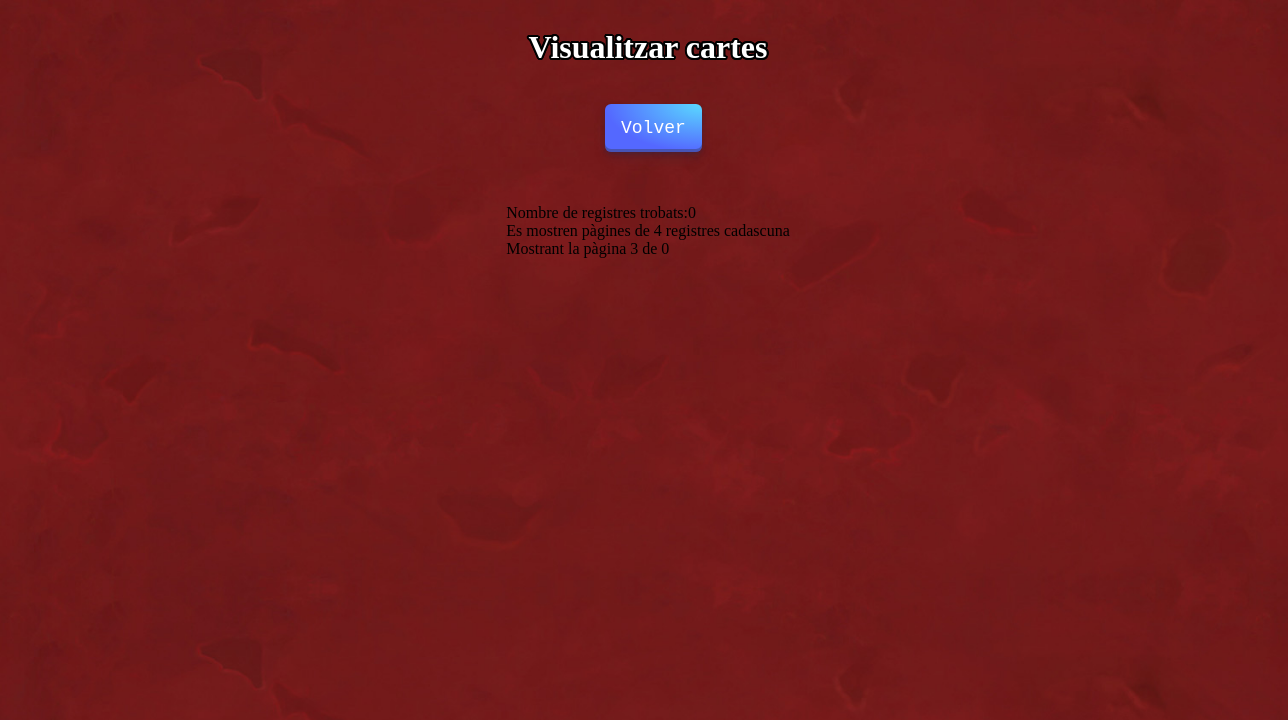
Repository: azumay/Juego-Cartas-RPG
Page: http://localhost/Prueba/verCartas.jsp
These files come from the project's save history. The page is drawn as it stood at one moment and after the next save; the edit follows.
The browser window is 1280 px wide. The page is 1288 px wide, so the pictures cover 1288 px, including what lies to the right of the window. The pictures show the whole page.
The page is served by Tomcat 9. Queries for data that is not in the repository find no rows.

Above is the page before, as saved 2022-02-20 18:00:04.

### Prueba/src/main/webapp/verCartas.jsp
<%@ page import="java.util.Arrays,java.util.List"%>
<%@ page import="java.sql.*" %>
<%@ page language="java" contentType="text/html; charset=UTF-8" pageEncoding="UTF-8"%>
<!DOCTYPE html>
<html>
<head>
<link rel="icon" type="image/x-icon" href="img/orco.ico">
<meta charset="US-ASCII">
<link rel="stylesheet" href="Estilos/estilosCartaRandom.css">
<title>Rpg Card Generator</title>

</head>
<h1 class="titol">Visualitzar cartes</h1>
 <ul class="breadcrumb">
 <a href='index.jsp'>
  <button class="button-29" role="button">Volver</button>
  </a>

</ul>
<br><br>
<%//  variables per fer la connexio:
	 String user="m8";
	String password="yamuza";
	String host="localhost";
	String db = "cartas_m8";
	String url = "jdbc:mysql://"+host+"/"+db;
	Connection conn = null;
	Statement statement = null;
	Statement num_registres=null;
	ResultSet rs = null;
	ResultSet num_reg=null;
	int inicio;

	//Limito la busqueda
	int TAMANO_PAGINA = 4;

	//examino la página a mostrar y el inicio del registro a mostrar
	String pag = request.getParameter("pagina");
	int pagina=3;
	if (pagina==0) {
	   	inicio = 0;
	    pagina=1;
	}
	else {
	    inicio = (pagina - 1) * TAMANO_PAGINA;
	}

	/**
	//miro a ver el número total de campos que hay en la tabla con esa búsqueda
**/
Class.forName("com.mysql.jdbc.Driver").newInstance ();
conn = DriverManager.getConnection(url, user, password);
num_registres = conn.createStatement();
//inmediatamente hacemos una consulta sencilla
//creamos la consulta
num_reg = num_registres.executeQuery("SELECT * FROM Cartas;");
int num_total_registros=0;
while(num_reg.next()) {
	num_total_registros++;
}

//calculo el total de páginas
int total_paginas = (int)Math.ceil(((double)num_total_registros/ TAMANO_PAGINA));

//pongo el número de registros total, el tamaño de página y la página que se muestra

out.print("Nombre de registres trobats:"+num_total_registros+"<br>");
out.print("Es mostren pàgines de "+TAMANO_PAGINA+" registres cadascuna<br>");
out.print("Mostrant la pàgina "+pagina+" de "+total_paginas+"<p><br>");




//out.print("<a href=VisualitzarCartes.jsp?pagina=2>"+2+"</a> ");
if (total_paginas > 1){
    for (int i=1;i<=total_paginas;i++){
       if (pagina == i)
          //si muestro el índice de la página actual, no coloco enlace
          out.print(pagina);
       else
          //si el índice no corresponde con la página mostrada actualmente, coloco el enlace para ir a esa página
          out.print(" <a href=VisualitzarCartes.jsp?pagina="+i+">"+i+"</a> ");
    }
}
out.print("<br><br>");
try{

	Class.forName("com.mysql.jdbc.Driver").newInstance ();
	conn = DriverManager.getConnection(url, user, password);
	statement = conn.createStatement();
	//inmediatamente hacemos una consulta sencilla
	//creamos la consulta
	String sentence="SELECT * from Carta limit "+inicio+","+TAMANO_PAGINA;
	rs = statement.executeQuery(sentence);
	//leemos la consulta
	while(rs.next()) {
	//mostramos los resultados obtenidos
	//out.println(rs.getString("ID_carta"));
	//String nom=request.getParameter("nom");
	out.print(rs.getString("NOM_carta"));%>

	<br>
	race:<%out.print(rs.getString("RACE_carta")); %><br>
	FUE:<%out.print(rs.getString("FUE_carta")); %><br>
	DES:<%out.print(rs.getString("DES_carta")); %><br>
	CON:<%out.print(rs.getString("CON_carta")); %><br>
	INT:<%out.print(rs.getString("INT_carta")); %><br>
	SAB:<%out.print(rs.getString("SAB_carta")); %><br>
	CAR:<%out.print(rs.getString("CAR_carta")); %><br>
	PV:<%out.print(rs.getString("PV_carta")); %><br>
	<table width="<%out.print(rs.getString("PV_carta")); %>" bgcolor="red"><tr><td></td></tr></table>
	PM:<%out.print(rs.getString("PM_carta")); %><br>
	<table width="<%out.print(rs.getString("PM_carta")); %>" bgcolor="blue"><tr><td></td></tr></table>
	<br>
	<img src="img/<%out.print(rs.getString("PIC_carta")); %>.png" height="100" width="80">
	<br>
<%
	}
	//cerramos la conexión
	rs.close();
	}catch(SQLException error) {
	out.print("Error de Conexión : "+error.toString());
	}



	%>

### Prueba/src/main/webapp/Estilos/estilosCartaRandom.css
@charset "UTF-8";

/* ESTILOS VERCARTAS.JSP */
.titol{
	color: rgb(255, 255, 255);
	text-shadow: rgb(0, 0, 0) 2px 0px 0px, rgb(0, 0, 0) 1.75517px 0.95885px
		0px, rgb(0, 0, 0) 1.0806px 1.68294px 0px, rgb(0, 0, 0) 0.14147px
		1.99499px 0px, rgb(0, 0, 0) -0.83229px 1.81859px 0px, rgb(0, 0, 0)
		-1.60229px 1.19694px 0px, rgb(0, 0, 0) -1.97998px 0.28224px 0px,
		rgb(0, 0, 0) -1.87291px -0.70157px 0px, rgb(0, 0, 0) -1.30729px
		-1.5136px 0px, rgb(0, 0, 0) -0.42159px -1.95506px 0px, rgb(0, 0, 0)
		0.56732px -1.91785px 0px, rgb(0, 0, 0) 1.41734px -1.41108px 0px,
		rgb(0, 0, 0) 1.92034px -0.55883px 0px;
}

/* ESTILOS GENERALES */
body {
	background-image: url("../img/fondo-creacion-cartas.jpg");
	background-size: cover;
	display: flex;
	-moz-box-pack: start;
	justify-content: flex-start;
	flex-direction: column;
	-moz-box-align: center;
	align-items: center;
	position: relative;
	padding-bottom: 125px;
	width: 100%;
	overflow: hidden;
}
/* ESTILOS CASRTARANDOM.JSP */
.demo {
	border: 1px solid #C0C0C0;
	border-collapse: collapse;
	padding: 5px;
	background-color: white;
}

.demo th {
	border: 1px solid #C0C0C0;
	padding: 25px;
	background: #F0F0F0;
}

.demo td {
	border: 1px solid #C0C0C0;
	padding: 5px;
	padding: 25px;
}

a {
	margin-right: 30px;
}
.botones-control{
	margin: 0px 40px 10px 0px;
}
.copy{
	color: rgb(255, 255, 255);
	text-shadow: rgb(0, 0, 0) 2px 0px 0px, rgb(0, 0, 0) 1.75517px 0.95885px
		0px, rgb(0, 0, 0) 1.0806px 1.68294px 0px, rgb(0, 0, 0) 0.14147px
		1.99499px 0px, rgb(0, 0, 0) -0.83229px 1.81859px 0px, rgb(0, 0, 0)
		-1.60229px 1.19694px 0px, rgb(0, 0, 0) -1.97998px 0.28224px 0px,
		rgb(0, 0, 0) -1.87291px -0.70157px 0px, rgb(0, 0, 0) -1.30729px
		-1.5136px 0px, rgb(0, 0, 0) -0.42159px -1.95506px 0px, rgb(0, 0, 0)
		0.56732px -1.91785px 0px, rgb(0, 0, 0) 1.41734px -1.41108px 0px,
		rgb(0, 0, 0) 1.92034px -0.55883px 0px;
}
.titulo-cabecera h2 {
	color: rgb(255, 255, 255);
	text-shadow: rgb(0, 0, 0) 2px 0px 0px, rgb(0, 0, 0) 1.75517px 0.95885px
		0px, rgb(0, 0, 0) 1.0806px 1.68294px 0px, rgb(0, 0, 0) 0.14147px
		1.99499px 0px, rgb(0, 0, 0) -0.83229px 1.81859px 0px, rgb(0, 0, 0)
		-1.60229px 1.19694px 0px, rgb(0, 0, 0) -1.97998px 0.28224px 0px,
		rgb(0, 0, 0) -1.87291px -0.70157px 0px, rgb(0, 0, 0) -1.30729px
		-1.5136px 0px, rgb(0, 0, 0) -0.42159px -1.95506px 0px, rgb(0, 0, 0)
		0.56732px -1.91785px 0px, rgb(0, 0, 0) 1.41734px -1.41108px 0px,
		rgb(0, 0, 0) 1.92034px -0.55883px 0px;
	position: relative;
	z-index: 1;
	width: 100%;
	margin-top: 35px;
}

.titulo-cabecera {
	margin: 10px 0 55px;
    width: 550px;
    position: relative;
    text-align: center;
    display: flex;
    -moz-box-pack: center;
    justify-content: center;
    -moz-box-align: center;
    align-items: center;
    z-index: 1;
}

.titulo-cabecera img {
	position: absolute;
	top: 0px;
	left: 0px;
	width: 100%;
	max-width: 100%;
}
/* CSS BOTONES */

a:link, a:visited, a:active {
    text-decoration:none;
}
.button-29 {
	align-items: center;
	appearance: none;
	background-image: radial-gradient(100% 100% at 100% 0, #5adaff 0, #5468ff 100%);
	border: 0;
	border-radius: 6px;
	box-shadow: rgba(45, 35, 66, .4) 0 2px 4px, rgba(45, 35, 66, .3) 0 7px
		13px -3px, rgba(58, 65, 111, .5) 0 -3px 0 inset;
	box-sizing: border-box;
	color: #fff;
	cursor: pointer;
	display: inline-flex;
	font-family: "JetBrains Mono", monospace;
	height: 48px;
	justify-content: center;
	line-height: 1;
	list-style: none;
	overflow: hidden;
	padding-left: 16px;
	padding-right: 16px;
	position: relative;
	text-align: left;
	text-decoration: none;
	transition: box-shadow .15s, transform .15s;
	user-select: none;
	-webkit-user-select: none;
	touch-action: manipulation;
	white-space: nowrap;
	will-change: box-shadow, transform;
	font-size: 18px;
}

.button-29:focus {
	box-shadow: #3c4fe0 0 0 0 1.5px inset, rgba(45, 35, 66, .4) 0 2px 4px,
		rgba(45, 35, 66, .3) 0 7px 13px -3px, #3c4fe0 0 -3px 0 inset;
}

.button-29:hover {
	box-shadow: rgba(45, 35, 66, .4) 0 4px 8px, rgba(45, 35, 66, .3) 0 7px
		13px -3px, #3c4fe0 0 -3px 0 inset;
	transform: translateY(-2px);
}

.button-29:active {
	box-shadow: #3c4fe0 0 3px 7px inset;
	transform: translateY(2px);
}

After the next save:
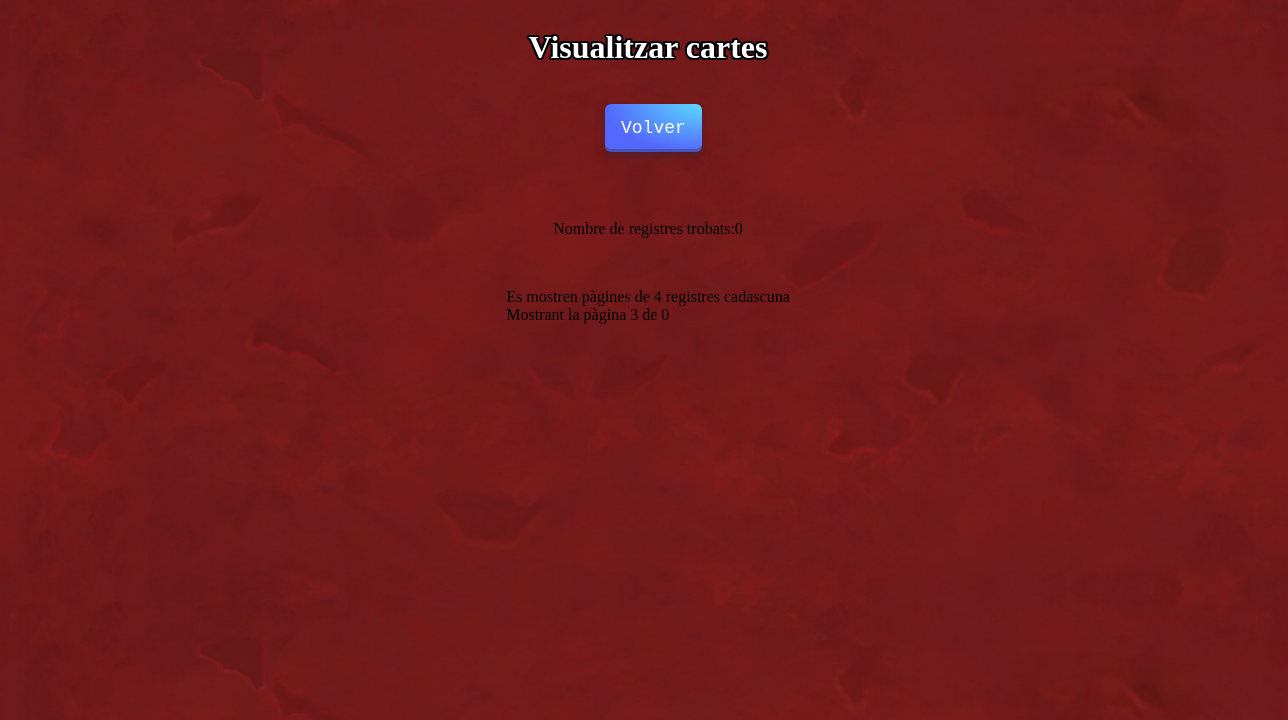
Saved 59 s later.
--- a/Prueba/src/main/webapp/verCartas.jsp
+++ b/Prueba/src/main/webapp/verCartas.jsp
@@ -64,7 +64,7 @@
 
 //pongo el número de registros total, el tamaño de página y la página que se muestra
 
-out.print("Nombre de registres trobats:"+num_total_registros+"<br>");
+out.print("<p>Nombre de registres trobats:"+num_total_registros+"<p><br>");
 out.print("Es mostren pàgines de "+TAMANO_PAGINA+" registres cadascuna<br>");
 out.print("Mostrant la pàgina "+pagina+" de "+total_paginas+"<p><br>");
 
